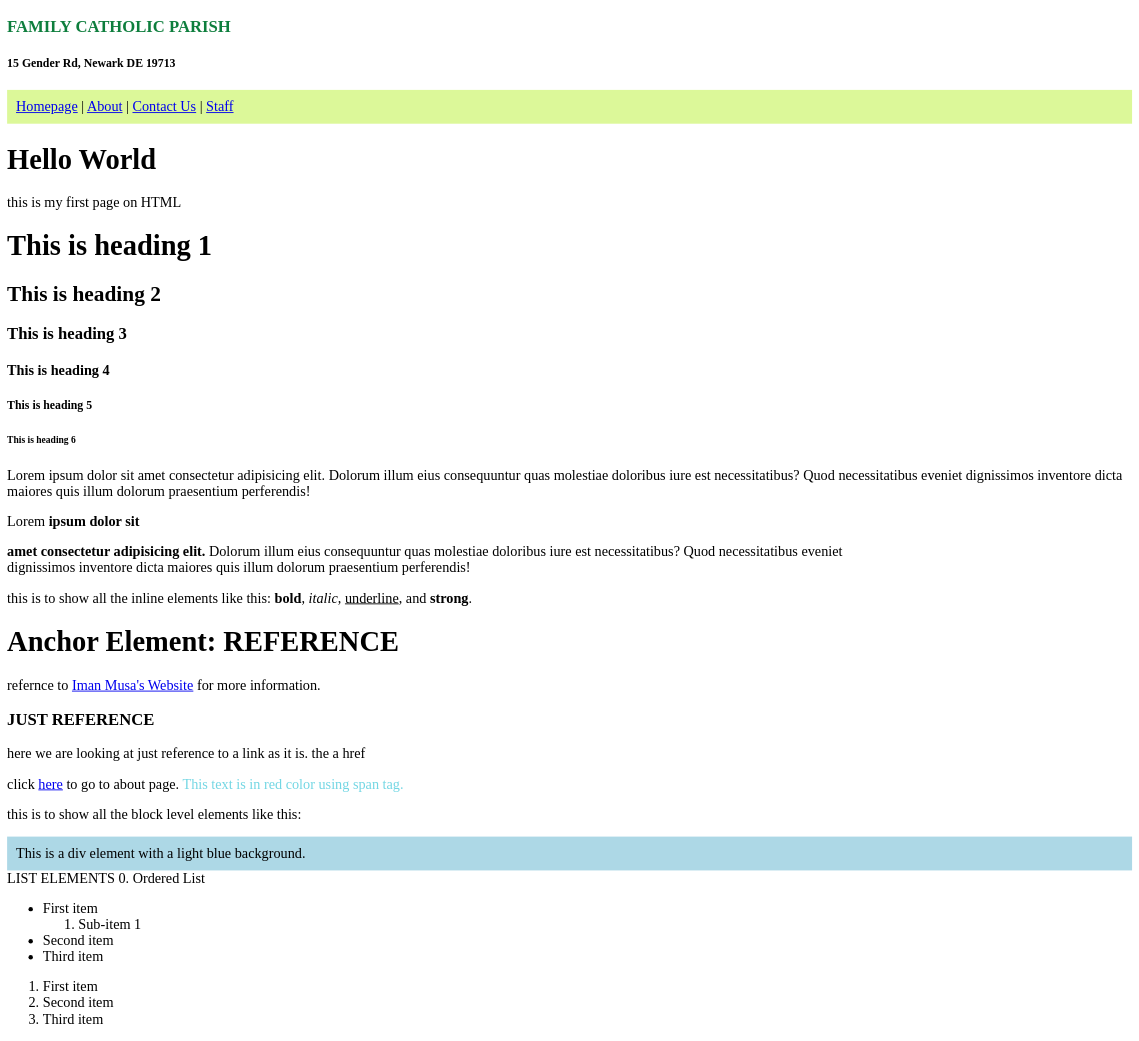
Repository: ficotims/HTML-RESTART
Page: Homepage.html
The author's editor kept a copy of each file at every save. The page is drawn from the files as they stood at one save, then again after the next save.
The browser window is 1280 px wide. The pictures show the whole page, at 89% of full size.

Above is the page before, as saved 2026-02-02 22:48:49.

### Homepage.html
<!doctype html>
<html lang="en">
  <head>
    <meta charset="UTF-8" />
    <meta name="viewport" content="width=device-width, initial-scale=1.0" />
    <title>HTML Crash course with Iman Musa</title>
  </head>
  <body>
    <h3><span style="color: rgb(14, 126, 61);"><b>FAMILY CATHOLIC PARISH</b></span></h3>
    <H5>15 Gender Rd, Newark DE 19713</H5>
    <!-- NAVIGATION SECTION -->
     <div style="background-color: rgb(220, 248, 153); padding: 10px">
    <a href="Homepage.html" target="_top">Homepage</a> |
    <a href="about.html">About</a> | <a href="Contact us.html">Contact Us</a> |
    <a href="staff.html">Staff</a>
     </div>

    <h1>Hello World</h1>
    <p>this is my first page on HTML</p>
    <!-- this is a comment and will not appear on the screen/ page -->
    <!-- let us introduce the headings -->
    <h1>This is heading 1</h1>
    <h2>This is heading 2</h2>
    <h3>This is heading 3</h3>
    <h4>This is heading 4</h4>
    <h5>This is heading 5</h5>
    <h6>This is heading 6</h6>

    <!-- thi is for paragraphs now -->
    <p>
      Lorem ipsum dolor sit amet consectetur adipisicing elit. Dolorum illum
      eius consequuntur quas molestiae doloribus iure est necessitatibus? Quod
      necessitatibus eveniet dignissimos inventore dicta maiores quis illum
      dolorum praesentium perferendis!
    </p>

    <p>
      Lorem <b>ipsum dolor sit <div>amet consectetur adipisicing elit.</b> Dolorum
      illum eius consequuntur quas molestiae doloribus iure est necessitatibus?
      Quod necessitatibus eveniet </div>dignissimos inventore dicta maiores quis illum
      dolorum praesentium perferendis!
    </p>


    <!-- this is for inline leve elements -->

    <p>
      this is to show all the inline elements like this: <b>bold</b>,
      <i>italic</i>, <u>underline</u>, and <strong>strong</strong>.
      <br />

      <!-- using the other inline elements: Anchor Elements (which are just links) -->
    </p>
    <h1>Anchor Element: REFERENCE</h1>
    refernce to
    <a href="https://www.google.com" target="_blank">Iman Musa's Website</a> for
    more information.
    <h3>JUST REFERENCE</h3>
    <p>here we are looking at just reference to a link as it is. the a href</p>
    click <a href="about.html" target="_blank">here</a> to go to about page.

    <!-- SPAN ELEMENT -->
    <span style="color: rgba(31, 190, 211, 0.63)">This text is in red color using span tag.</span>
    <p>
      <!-- now let us introduce the block level elements -->
      this is to show all the block level elements like this:
    </p>

    <div style="background-color: lightblue; padding: 10px">
      This is a div element with a light blue background.
    </div>

    <!-- this is LIST -->
<hi2>LIST ELEMENTS</h2>

    0. Ordered List

    <ul>
      <li>First item</li>
      <ol><li>Sub-item 1</li></ol>
      <li>Second item</li>
      <li>Third item</li>
    </ul>

    <ol>
      <li>First item</li>
      <li>Second item</li>
      <li>Third item</li>
    </ol>
  </body>
</html>

After the next save:
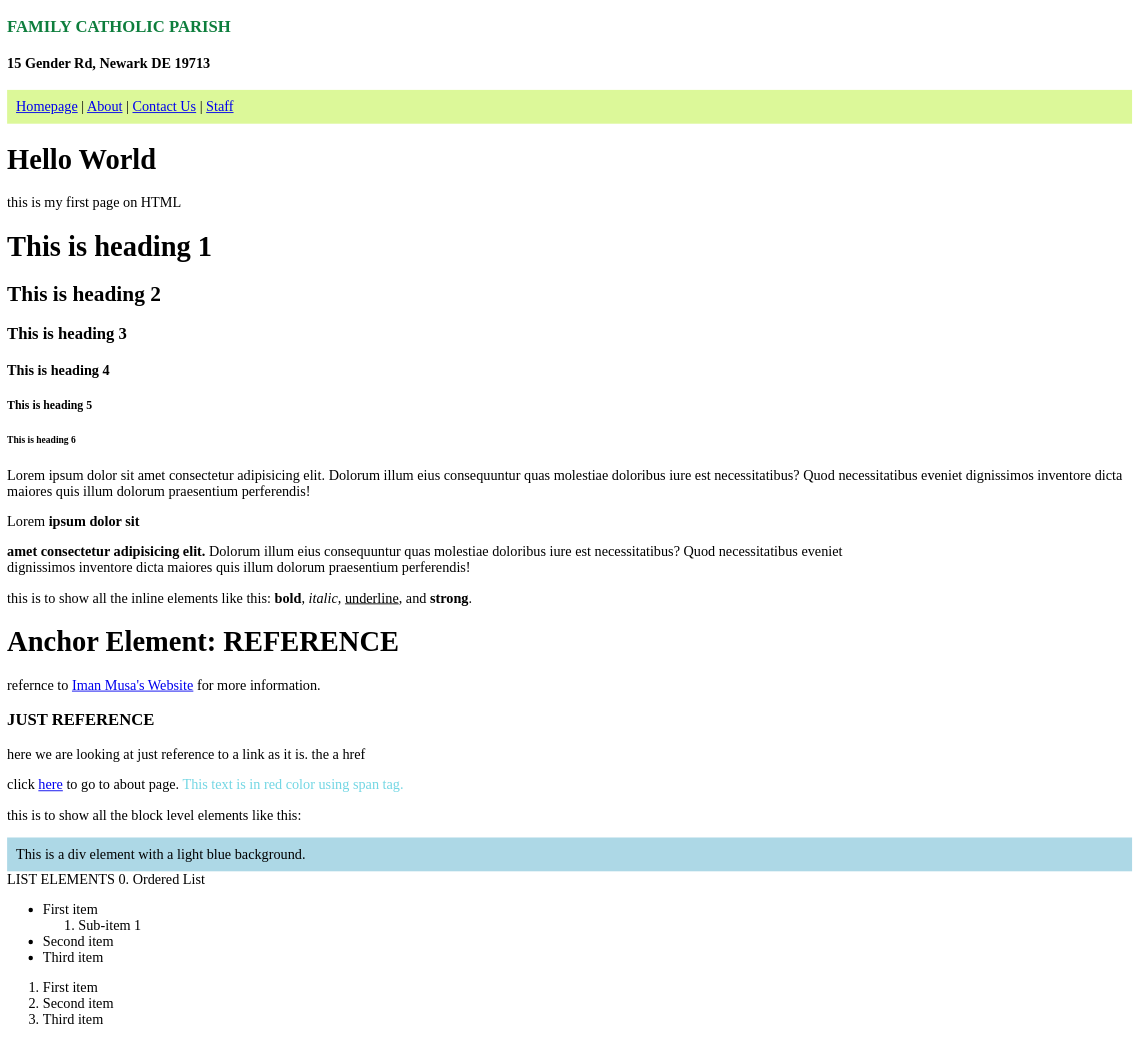
Saved 19 s later.
--- a/Homepage.html
+++ b/Homepage.html
@@ -7,7 +7,7 @@
   </head>
   <body>
     <h3><span style="color: rgb(14, 126, 61);"><b>FAMILY CATHOLIC PARISH</b></span></h3>
-    <H5>15 Gender Rd, Newark DE 19713</H5>
+    <H4>15 Gender Rd, Newark DE 19713</H4>
     <!-- NAVIGATION SECTION -->
      <div style="background-color: rgb(220, 248, 153); padding: 10px">
     <a href="Homepage.html" target="_top">Homepage</a> |
